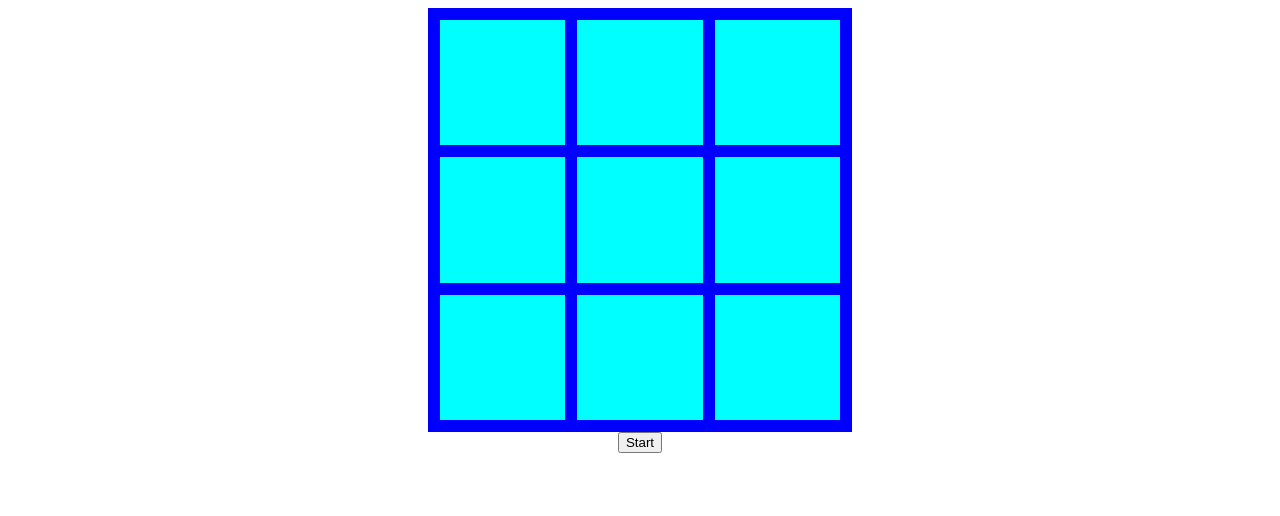
Repository: yeetzpxoci/tic-tac-toe
Page: index.html
An editor plug-in stored every save of this project. The page is shown before and after the next save, followed by the edit.
The browser window is 1280 px wide. The pictures show the whole page.

Above is the page before, as saved 2023-02-23 12:33:25.

After the next save:
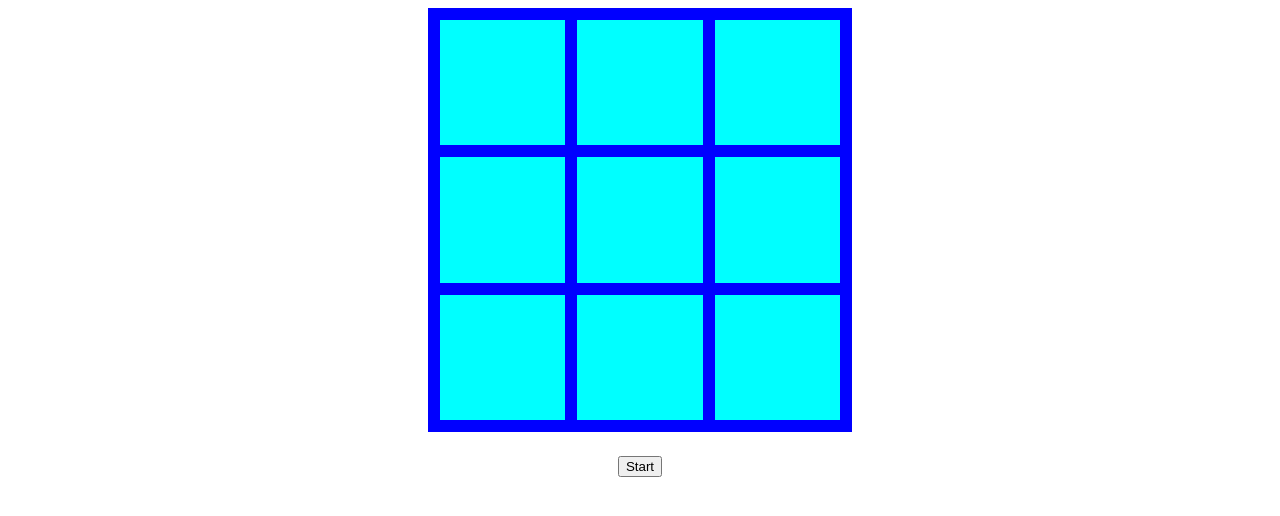
Saved 11 s later.
--- a/styles.css
+++ b/styles.css
@@ -4,6 +4,7 @@ body {
     justify-content: center;
     align-items: center;
     min-width: 100vh;
+    gap: 24px;
 }
 
 .board {
